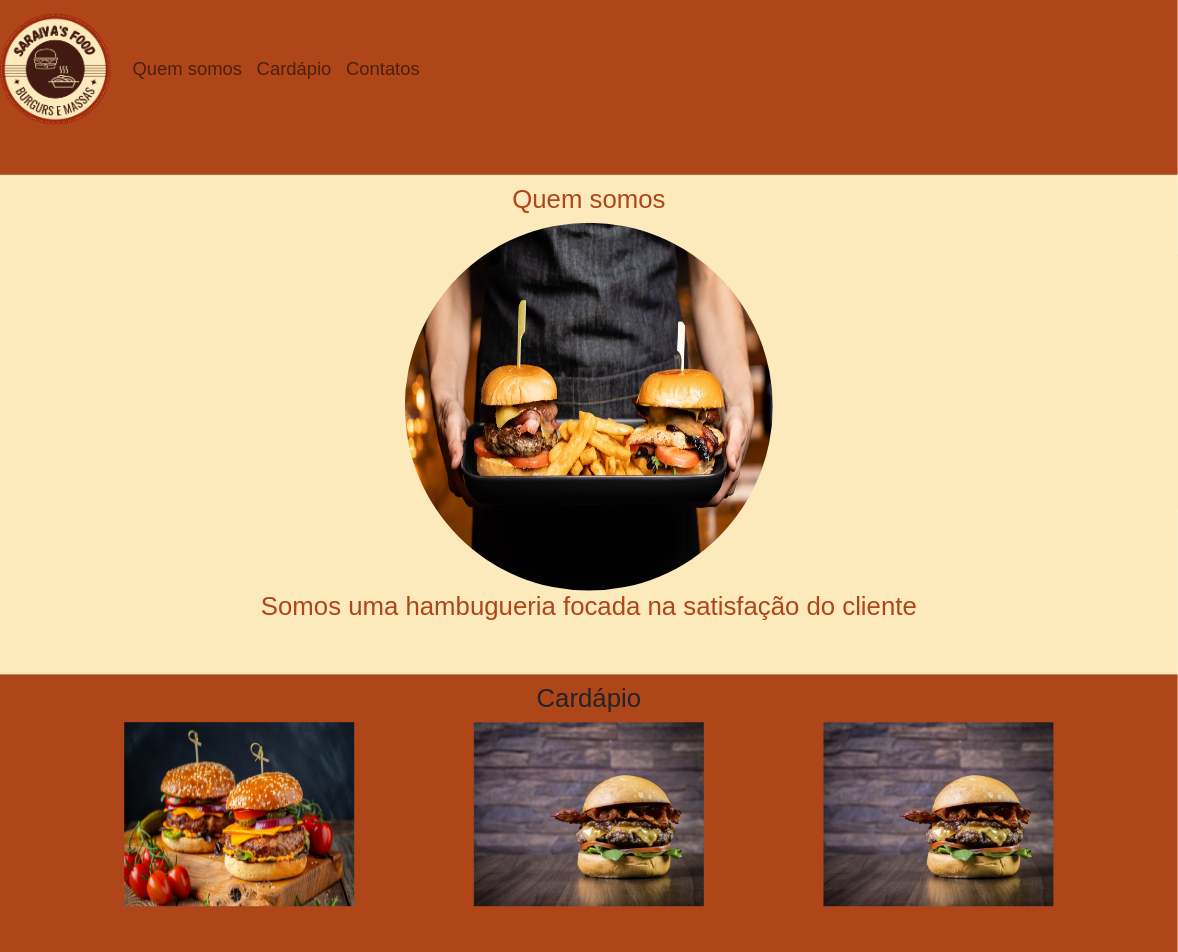
Repository: Tuanemendes/curso_bootstrap
Page: projeto1/index.html
The author's editor kept a copy of each file at every save. The page is drawn from the files as they stood at one save, then again after the next save.
The browser window is 1280 px wide. The pictures show the whole page, at 92% of full size.

Above is the page before, as saved 2022-04-04 17:11:06.

After the next save:
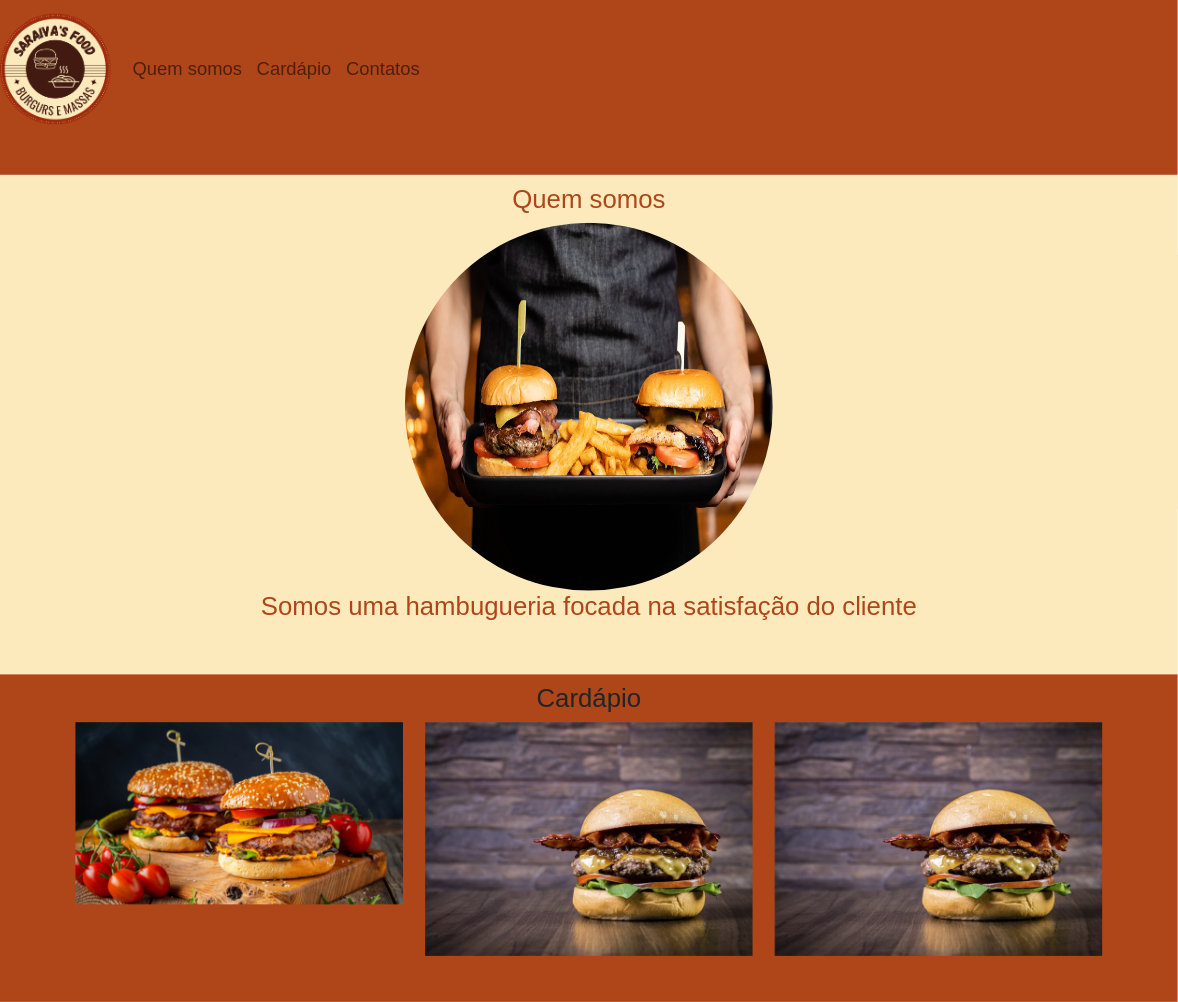
Saved 58 s later.
--- a/projeto1/index.html
+++ b/projeto1/index.html
@@ -41,15 +41,15 @@
             <div class="container">
                 <div class="row">
                     <div class="col-lg-4">
-                         <img src="/img/dia_do_hamburguer_EPA_0.jpg" alt="" width="250px" height="200px" >
+                         <img src="/img/dia_do_hamburguer_EPA_0.jpg" alt="" width="100%" >
 
                     </div>
                     <div class="col-lg-4">
-                        <img src="/img/como-montar-uma-hamburgueria.jpg" alt="" width="250px" height="200px">
+                        <img src="/img/como-montar-uma-hamburgueria.jpg" alt="" width="100%">
 
                     </div>
                     <div class="col-lg-4">
-                        <img src="/img/como-montar-uma-hamburgueria.jpg" alt="" width="250px" height="200px">
+                        <img src="/img/como-montar-uma-hamburgueria.jpg" alt="" width="100%">
 
                     </div>
                 </div>
